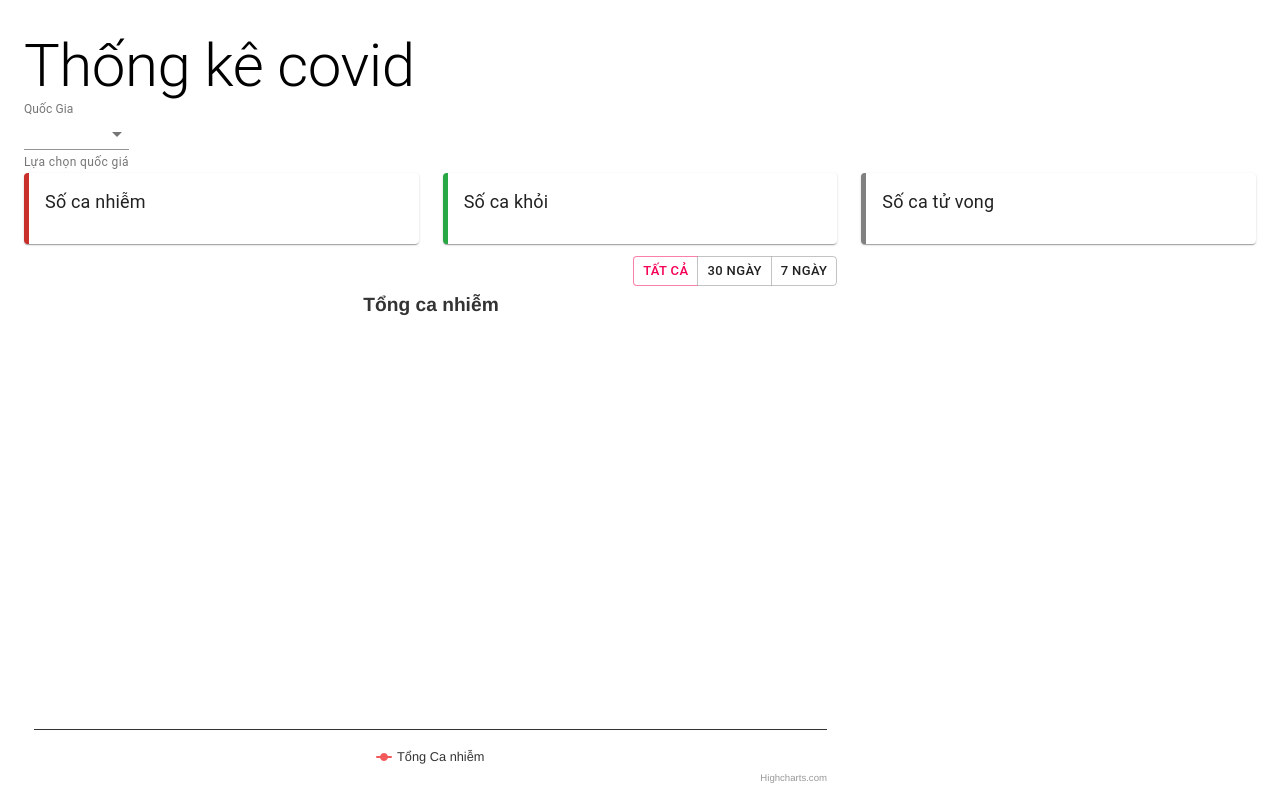
Repository: nguy3nds/covid-app
Page: /
These files come from the project's save history. The page is drawn as it stood at one moment and after the next save; the edit follows.
The browser window is 1280 px wide. The pictures show the whole page.
The page's requests for data from a server got no answer. The project was rebuilt for these pictures with package versions that can differ from the ones it lists, and the page was loaded fresh each time. No one was signed in, and anything a server would have sent is missing. Also part of the build but not shown: src/components/Charts/HighMaps/index.js.

Above is the page before, as saved 2021-10-08 05:07:05.

### src/App.js
import { useEffect, useState } from "react";
import { getCountries } from "./apis";
import CountrySelector from "./components/CountrySelector";
import Highlight from "./components/Highlight";
import Summary from "./components/Summary";
import { getReportByCountry } from "./apis";
import { Container, Typography } from "@material-ui/core";

function App() {
  const [countries, setCountries] = useState([]);
  const [selectedCountryId, setSelectedCountryId] = useState("");
  const [report, setReport] = useState([]);

  useEffect(() => {
    getCountries().then((res) => {
      setCountries(res.data);
    });
    setSelectedCountryId("vn");
  }, []);

  useEffect(() => {
    const country = countries.find(
      (country) => country.ISO2.toLowerCase() === selectedCountryId
    );
    if (country) {
      getReportByCountry(country.Slug).then((res) => {
        // xoa di gia tri cuoi cung
        res.data.pop();
        setReport(res.data);
      });
    }
  }, [selectedCountryId, countries]);

  const handleOnChange = (e) => {
    setSelectedCountryId(e.target.value);
  };

  return (
    <Container>
      <Typography component="h1" variant="h2" style={{ marginTop: 30 }}>
        Thống kê covid
      </Typography>
      <CountrySelector
        countries={countries}
        handleOnChange={handleOnChange}
        value={selectedCountryId}
      />
      <Highlight report={report} />
      <Summary countryId={selectedCountryId} report={report} />
    </Container>
  );
}

export default App;

### src/apis/index.js
import axios from "axios";

export const getCountries = () => {
  return axios.get("https://api.covid19api.com/countries");
};

export const getReportByCountry = (country) => {
  return axios.get(`https://api.covid19api.com/dayone/country/${country}`);
};

export const getMapDataByCountryId = (countryId) =>
  import(
    `@highcharts/map-collection/countries/${countryId}/${countryId}-all.geo.json`
  );

### src/components/CountrySelector/index.js
import {
  FormControl,
  InputLabel,
  NativeSelect,
  FormHelperText,
} from "@material-ui/core";
import React from "react";

export default function CountrySelector({ value, handleOnChange, countries }) {
  return (
    <FormControl>
      <InputLabel htmlFor="" shrink>
        Quốc Gia
      </InputLabel>
      <NativeSelect
        value={value}
        onChange={handleOnChange}
        inputProps={{ name: "country", id: "country-selector" }}
      >
        {countries.map((country) => {
          return (
            <option value={country.ISO2.toLowerCase()}>
              {country.Country}
            </option>
          );
        })}
      </NativeSelect>
      <FormHelperText>Lựa chọn quốc giá</FormHelperText>
    </FormControl>
  );
}

### src/components/Highlight/index.js
import React from "react";
import { Grid, Card, CardContent, Typography } from "@material-ui/core";
import HighlightCard from "./HighlightCard";

export default function Highlight({ report }) {
  const data = report.length ? report[report.length - 1] : [];
  console.log("data", data);

  let summary = [
    {
      title: "Số ca nhiễm",
      count: data.Confirmed,
      type: "confirmed",
    },
    {
      title: "Số ca khỏi",
      count: data.Recovered,
      type: "recovered",
    },
    {
      title: "Số ca tử vong",
      count: data.Deaths,
      type: "deaths",
    },
  ];

  return (
    <Grid container spacing={3}>
      {summary.map((item) => (
        <HighlightCard title={item.title} count={item.count} type={item.type} />
      ))}
    </Grid>
  );
}

### src/components/Summary/index.js
import React, { useEffect, useState } from "react";
import { Grid } from "@material-ui/core";
import LineChart from "../Charts/LineChart";
import HighMaps from "../Charts/HighMaps";
import { getMapDataByCountryId } from "../../apis/index";

export default function Summary({ countryId, report }) {
  const [mapData, setMapData] = useState({});

  useEffect(() => {
    if (countryId) {
      getMapDataByCountryId(countryId)
        .then((res) => {
          setMapData(res);
        })
        .catch((err) => console.log({ err }));
    }
  }, [countryId]);

  return (
    <Grid container spacing={3}>
      <Grid item sm={8} xs={12}>
        <LineChart data={report}></LineChart>
      </Grid>
      <Grid item sm={4} xs={12}>
        <HighMaps mapData={mapData} />
      </Grid>
    </Grid>
  );
}

### src/components/Highlight/HighlightCard.js
import React from "react";
import {
  Card,
  CardContent,
  Typography,
  makeStyles,
  Grid,
} from "@material-ui/core";

const useStyle = makeStyles({
  wrapper: (props) => {
    if (props.type === "confirmed") return { borderLeft: "5px solid #c9302c" };
    if (props.type === "recovered") return { borderLeft: "5px solid #28a745" };
    else return { borderLeft: "5px solid gray" };
  },
  title: {
    fontSize: 18,
    marginBottom: 5,
  },
  count: {
    fontWeight: "bold",
    fontSize: 18,
  },
});

export default function HighlightCard({ title, count, type }) {
  const style = useStyle({ type });

  return (
    <Grid item sm={4} xs={12}>
      <Card className={style.wrapper}>
        <CardContent>
          <Typography component="p" variant="body2" className={style.title}>
            {title}
          </Typography>
          <Typography component="span" variant="body2" className={style.count}>
            {count}
          </Typography>
        </CardContent>
      </Card>
    </Grid>
  );
}

### src/components/Charts/LineChart/index.js
// import React, { useEffect, useState } from "react";
// import Highcharts from "highcharts";
// import HighchartsReact from "highcharts-react-official";
// import moment from "moment";
// import { Button, ButtonGroup } from "@material-ui/core";

// const generateOption = (data) => {
//   const categories = [];
//   return {
//     chart: {
//       height: 500,
//     },
//     title: {
//       text: "Tổng ca nhiễm",
//     },
//     xAixis: {
//       categories: categories,
//       crosshair: true,
//     },
//     color: ["#F35858"],
//     yAxis: {
//       min: 0,
//       title: {
//         text: null,
//       },
//     },
//     tooltip: {
//       headerFormat: '<span style="font-size:10px">{point.key}</span>',
//       pointFormat:
//         '<tr><td td style="color:{series.color};padding:0" > { series.name }: </td>' +
//         '<td style="padding:0"><b>{point.y} ca</b></td></tr> ',
//       footerFormat: "</table>",
//       shared: true,
//       useHTML: true,
//     },
//     plotOptions: {
//       column: {
//         pointPadding: 0.2,
//         borderWidth: 0,
//       },
//     },
//     series: [
//       {
//         name: "Tổng ca nhiễm",
//         data: data.map((item) => item.Confimed),
//       },
//     ],
//   };
// };

// export default function LineChart({ data }) {
//   const [options, setOptions] = useState({});

//   useEffect(() => {
//     setOptions(generateOption(data));
//   }, [data]);

//   return <HighchartsReact highcharts={Highcharts} options={options} />;
// }

import React, { useEffect, useState } from "react";
import Highcharts from "highcharts";
import HighchartsReact from "highcharts-react-official";
import moment from "moment";
import { Button, ButtonGroup } from "@material-ui/core";

const generateOptions = (data) => {
  const categories = data.map((item) => moment(item.Date).format("DD/MM/YYYY"));

  return {
    chart: {
      height: 500,
    },
    title: {
      text: "Tổng ca nhiễm",
    },
    xAxis: {
      categories: categories,
      crosshair: true,
    },
    colors: ["#F3585B"],
    yAxis: {
      min: 0,
      title: {
        text: null,
      },
      labels: {
        align: "right",
      },
    },
    tooltip: {
      headerFormat: '<span style="font-size:10px">{point.key}</span><table>',
      pointFormat:
        '<tr><td style="color:{series.color};padding:0">{series.name}: </td>' +
        '<td style="padding:0"><b>{point.y} ca</b></td></tr>',
      footerFormat: "</table>",
      shared: true,
      useHTML: true,
    },
    plotOptions: {
      column: {
        pointPadding: 0.2,
        borderWidth: 0,
      },
    },
    series: [
      {
        name: "Tổng Ca nhiễm",
        data: data.map((item) => item.Confirmed),
      },
    ],
  };
};

export default function LineChart({ data }) {
  const [options, setOptions] = useState({});
  const [reportType, setReportType] = useState("all");
  console.log({ data });

  useEffect(() => {
    let customData = [];
    switch (reportType) {
      case "all":
        customData = data;
        break;
      case "30":
        customData = data.slice(Math.max(data.length - 30, 1));
        break;
      case "7":
        customData = data.slice(Math.max(data.length - 7, 1));
        break;

      default:
        customData = data;
        break;
    }

    setOptions(generateOptions(customData));
  }, [data, reportType]);

  return (
    <>
      <ButtonGroup
        size="small"
        aria-label="small outlined button group"
        style={{
          display: "flex",
          justifyContent: "flex-end",
        }}
      >
        <Button
          color={reportType === "all" ? "secondary" : ""}
          onClick={() => setReportType("all")}
        >
          Tất cả
        </Button>
        <Button
          color={reportType === "30" ? "secondary" : ""}
          onClick={() => setReportType("30")}
        >
          30 ngày
        </Button>
        <Button
          color={reportType === "7" ? "secondary" : ""}
          onClick={() => setReportType("7")}
        >
          7 ngày
        </Button>
      </ButtonGroup>
      <HighchartsReact highcharts={Highcharts} options={options} />
    </>
  );
}

Loaded but not shown: public/index.html (common file); src/index.js (common file); src/index.css (common file)

After the next save:
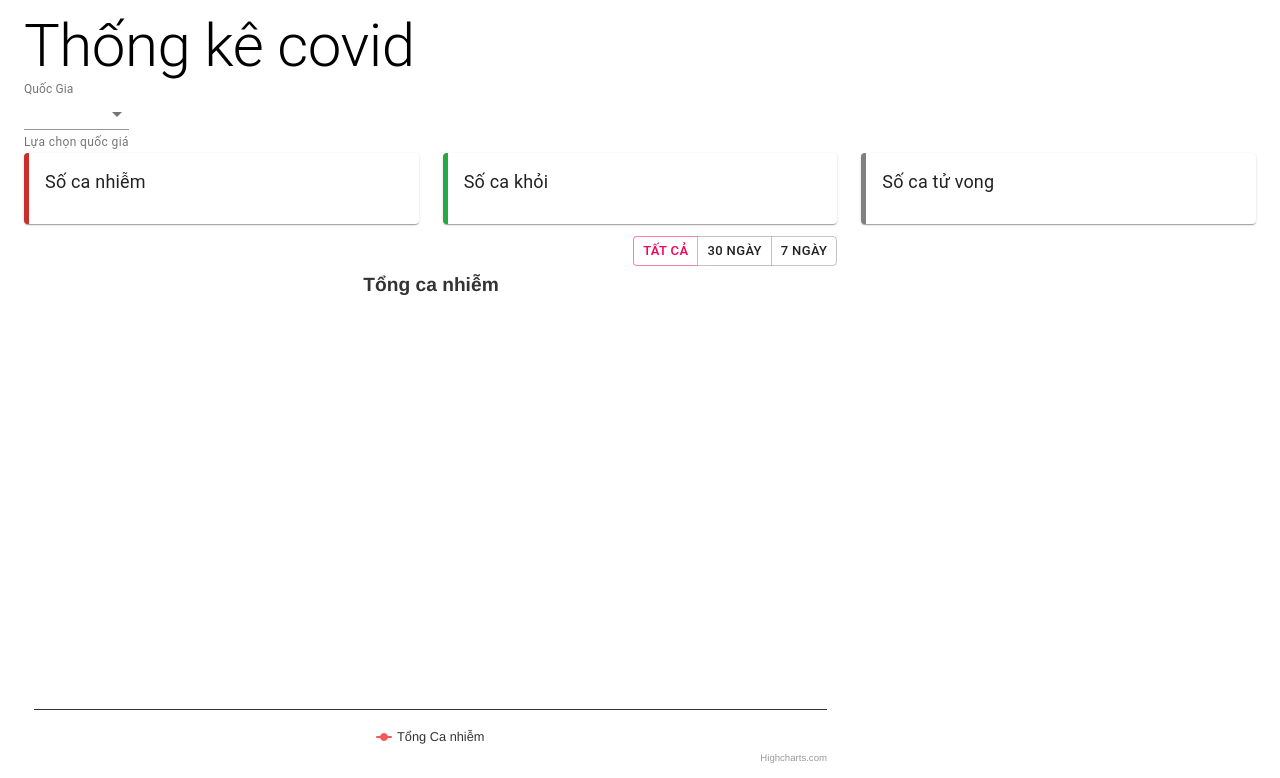
Saved 5 s later.
--- a/src/App.js
+++ b/src/App.js
@@ -37,7 +37,7 @@ function App() {
 
   return (
     <Container>
-      <Typography component="h1" variant="h2" style={{ marginTop: 30 }}>
+      <Typography component="h1" variant="h2" style={{ marginTop: 10 }}>
         Thống kê covid
       </Typography>
       <CountrySelector
